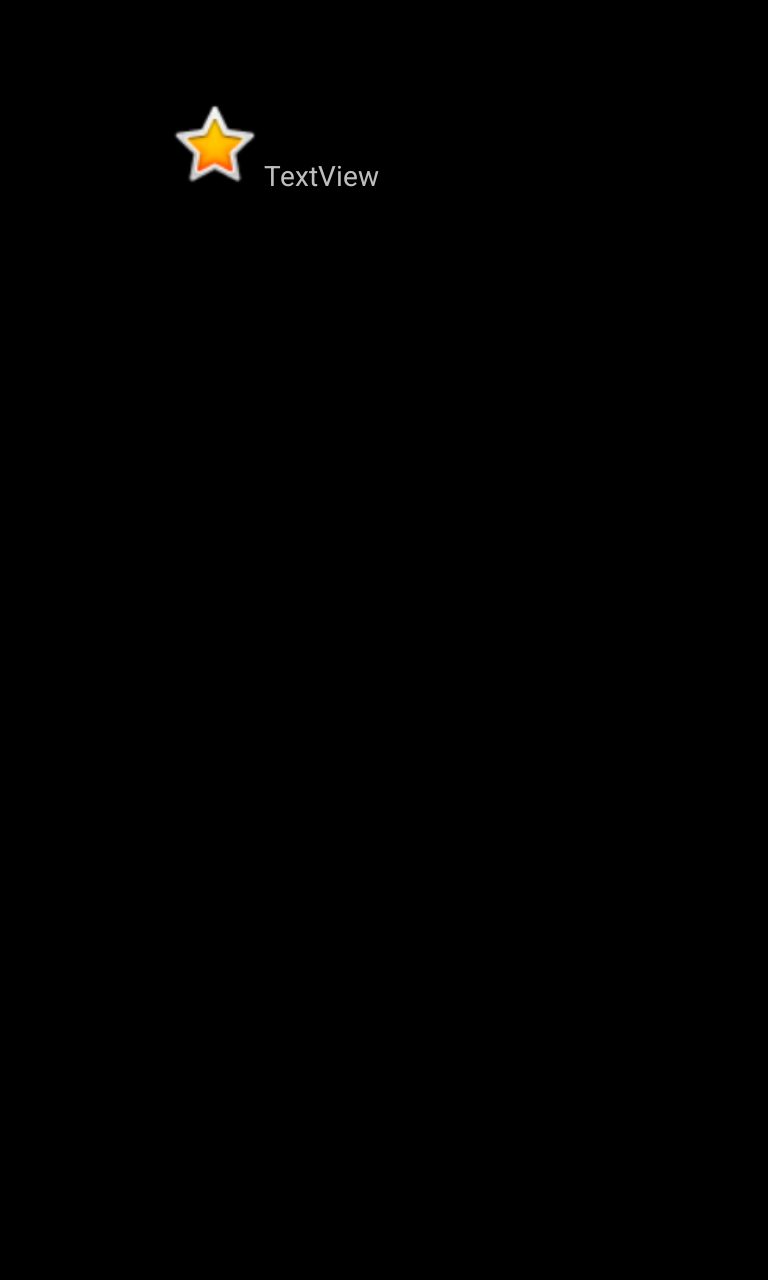
Repository: yogeshwar1996/android-app
Layout: List_View/res/layout/model.xml
These files come from the project's save history. The layout is drawn as it stood at one moment and after the next save; the edit follows.
Pictures or frames that could not be fetched are drawn as grey boxes. It is drawn on a 768 x 1280 px phone screen (xhdpi) without system bars, with theme android:Theme; the app's code is not run.

Above is the layout before, as saved 2016-07-08 10:17:04.

After the next save:
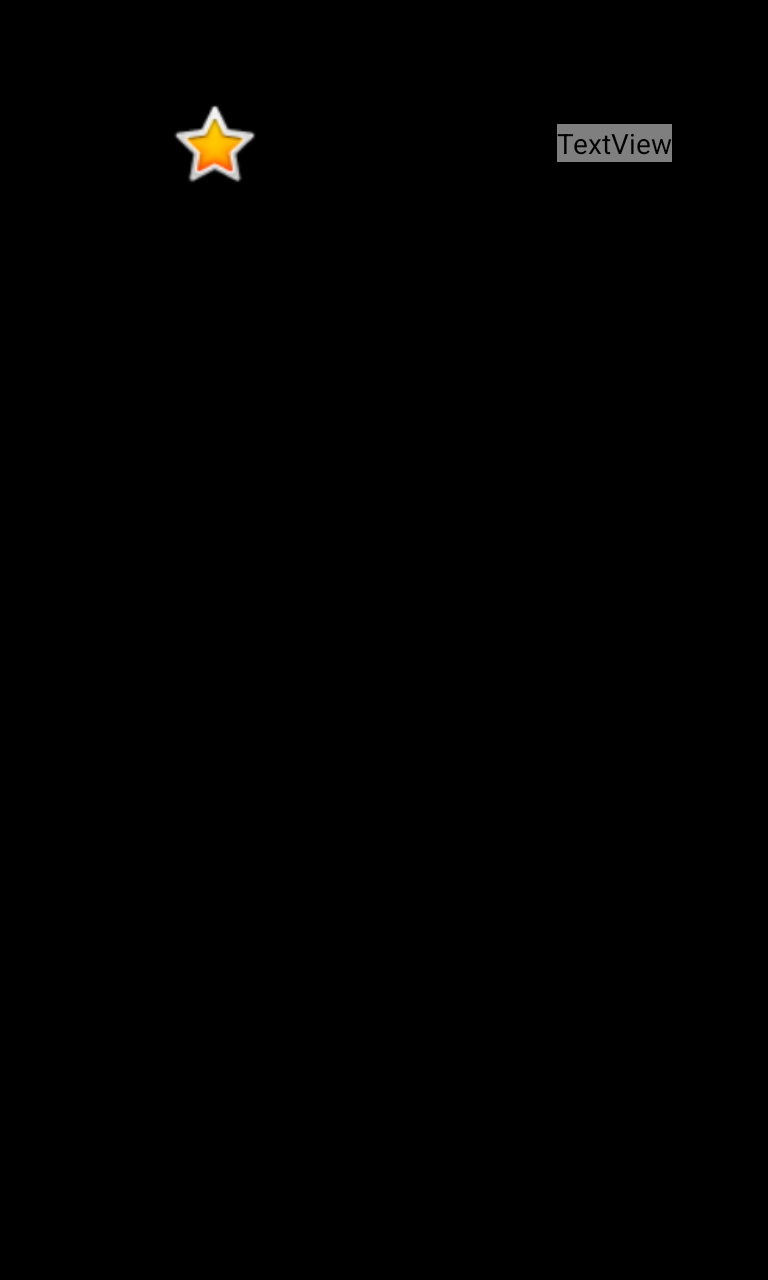
Saved 80 s later.
--- a/List_View/res/layout/model.xml
+++ b/List_View/res/layout/model.xml
@@ -18,7 +18,11 @@
         android:layout_width="wrap_content"
         android:layout_height="wrap_content"
         android:layout_alignBottom="@+id/imageView1"
-        android:layout_toRightOf="@+id/imageView1"
-        android:text="TextView" />
+        android:layout_alignParentRight="true"
+        android:layout_marginBottom="16dp"
+        android:layout_marginRight="48dp"
+        android:text="TextView"
+        android:textColor="#"
+        android:textSize="14sp" />
 
 </RelativeLayout>
